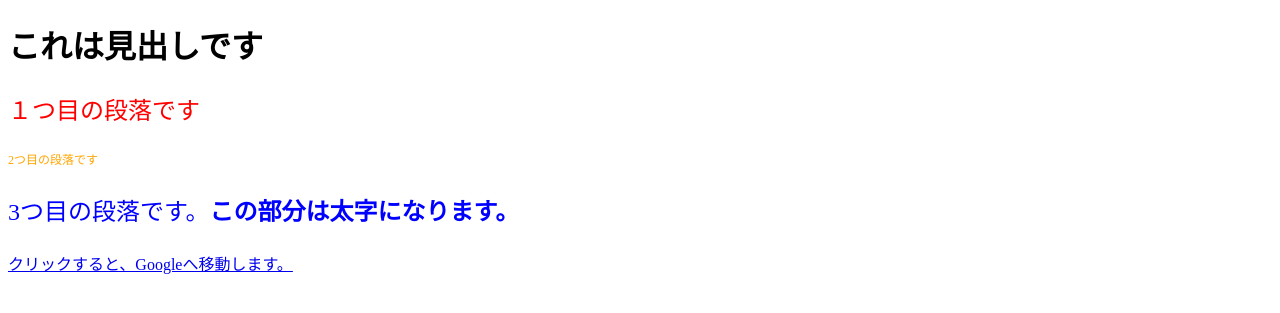
Repository: gorirawomen/first_app
Page: html_css/css_grammar/index.html
The author's editor kept a record of every edit. The page is drawn from the files as they stood at one moment, then again after the next edit.
The browser window is 1280 px wide. The pictures show the whole page.

Above is the page before.

After the next edit:
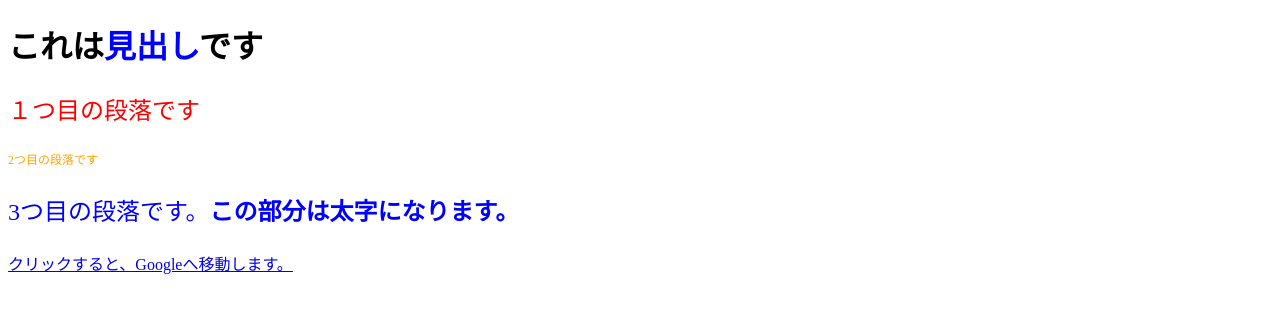
The edit:
--- a/html_css/css_grammar/style.css
+++ b/html_css/css_grammar/style.css
@@ -9,3 +9,6 @@ p {
 #third-message {
  color: blue;
 }
+.blue {
+  color: blue;
+}
